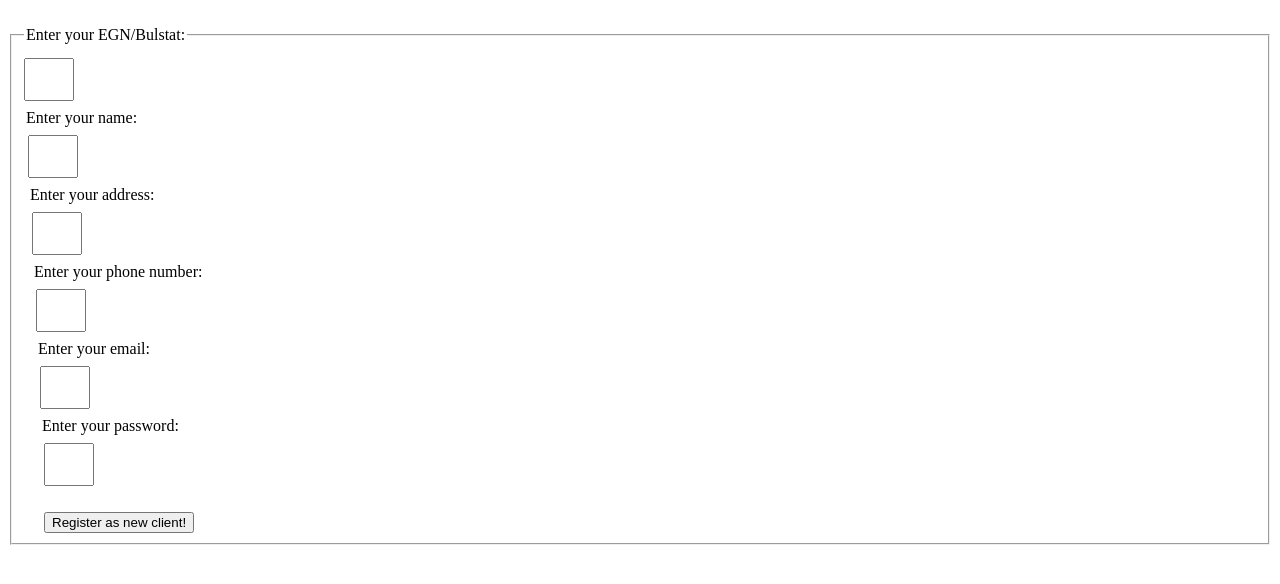
Repository: A-Mitev/E-Banking_Team_Project
Page: http://localhost/FiBank/WEB-INF/views/jsp/Register.jsp
The author's editor kept a copy of each file at every save. The page is drawn from the files as they stood at one save, then again after the next save.
The browser window is 1280 px wide. The pictures show the whole page.
The page is served by Tomcat 9. Nobody is signed in. Other server files are loaded and not shown. The template is opened directly, without the code that normally fills it, so the values that code supplies are empty.

Above is the page before, as saved 2016-04-05 20:10:00.

### FiBank/src/main/webapp/WEB-INF/views/jsp/Register.jsp
<%@page import="javax.servlet.descriptor.TaglibDescriptor"%>
<%@ page language="java" contentType="text/html; charset=UTF-8"
	pageEncoding="UTF-8"%>
<%@ taglib prefix="springForm"
	uri="http://www.springframework.org/tags/form"%>
<!DOCTYPE html PUBLIC "-//W3C//DTD HTML 4.01 Transitional//EN" "http://www.w3.org/TR/html4/loose.dtd">
<html>
<head>
<style>
input[type=text] {
    width: 50px;
    padding: 12px 20px;
    margin: 8px 0;
    box-sizing: border-box;
}
</style>
<meta http-equiv="Content-Type" content="text/html; charset=UTF-8">
<title>Register Page</title>
</head>
<body>
	 ${text}
	<br />
	<springForm:form method="post" commandName="user" >
	<fieldset >
		<legend>Enter your EGN/Bulstat:</legend>
		<springForm:input type="text" path="id" />
		<br />
		<legend>Enter your name:<legend/>
		<springForm:input type="text" path="name" />
		<br />
		<legend>Enter your address:<legend/>
		<springForm:input type="text" path="address" />
		<br />
		<legend>Enter your phone number:<legend/>
		<springForm:input type="text" path="phone" />
		<br />
		<legend>Enter your email:<legend>
		<springForm:input type="text" path="email" />
		<br />
		<legend>Enter your password:<legend>
		<springForm:input type="text" path="password" />
		<br />
		<br />
		<input type="submit" value="Register as new client!" />
		</fieldset>
	</springForm:form>
</body>
</html>

After the next save:
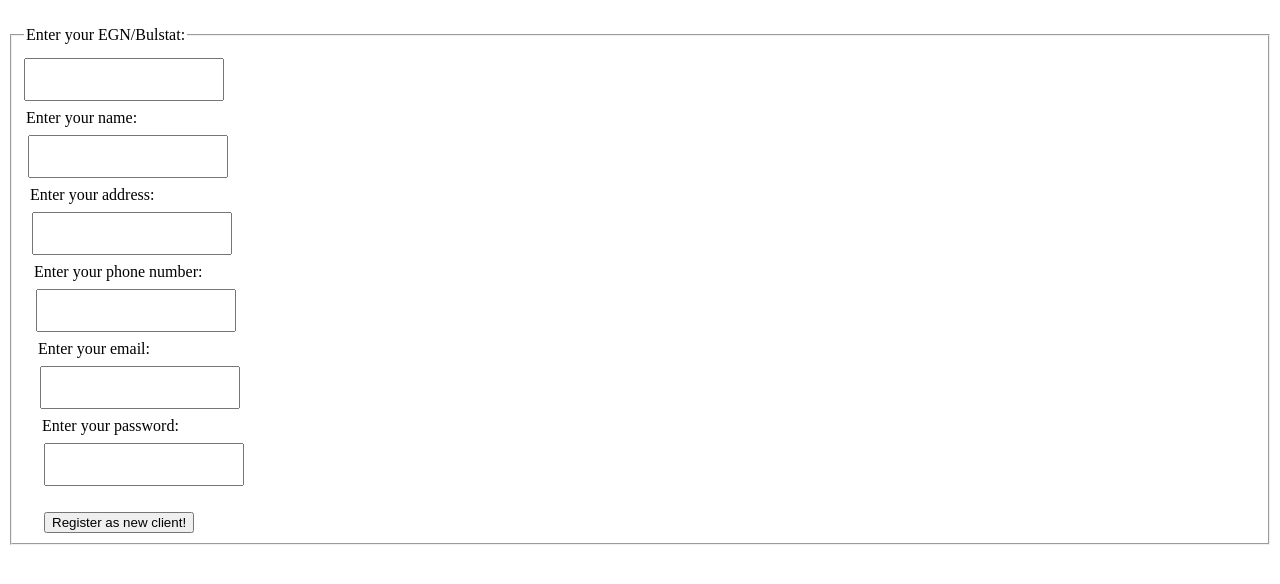
Saved 20 s later.
--- a/FiBank/src/main/webapp/WEB-INF/views/jsp/Register.jsp
+++ b/FiBank/src/main/webapp/WEB-INF/views/jsp/Register.jsp
@@ -8,7 +8,7 @@
 <head>
 <style>
 input[type=text] {
-    width: 50px;
+    width: 200px;
     padding: 12px 20px;
     margin: 8px 0;
     box-sizing: border-box;
